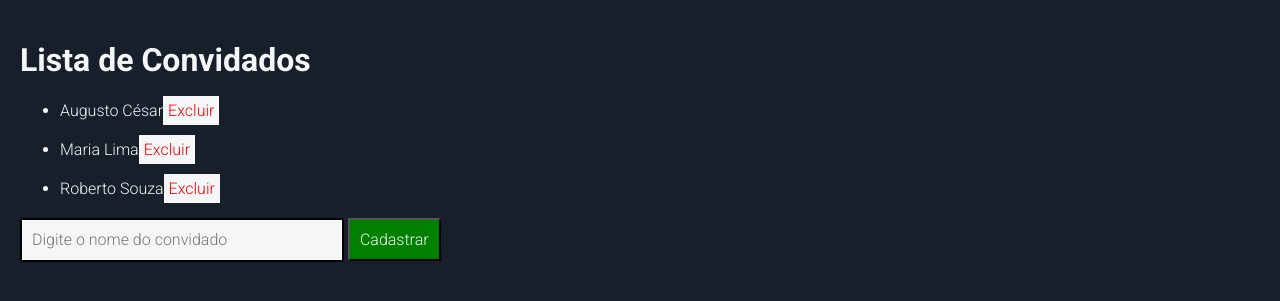
Repository: andrevff/lista-de-convidados
Page: index.html
These files come from the project's save history. The page is drawn as it stood at one moment and after the next save; the edit follows.
The browser window is 1280 px wide. The pictures show the whole page.

Above is the page before, as saved 2022-11-29 18:45:08.

After the next save:
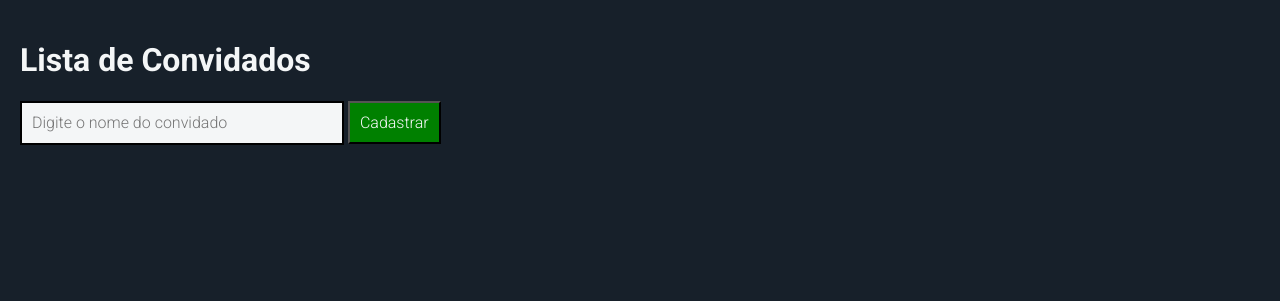
Console error: ReferenceError: setAttribute is not defined
Saved 33 s later.
--- a/assets/js/scripts.js
+++ b/assets/js/scripts.js
@@ -14,7 +14,7 @@
         var elementoNome = document.createTextNode(convidado.nome)
 
         var elementoExcluir = document.createElement("a")
-       // elementoExcluir = setAttribute("href", "#")
+        elementoExcluir = setAttribute("href", "#")
         var elementoExcluirTexto = document.createTextNode("Excluir")
 
         elementoExcluir.appendChild(elementoExcluirTexto)

After the save that followed:
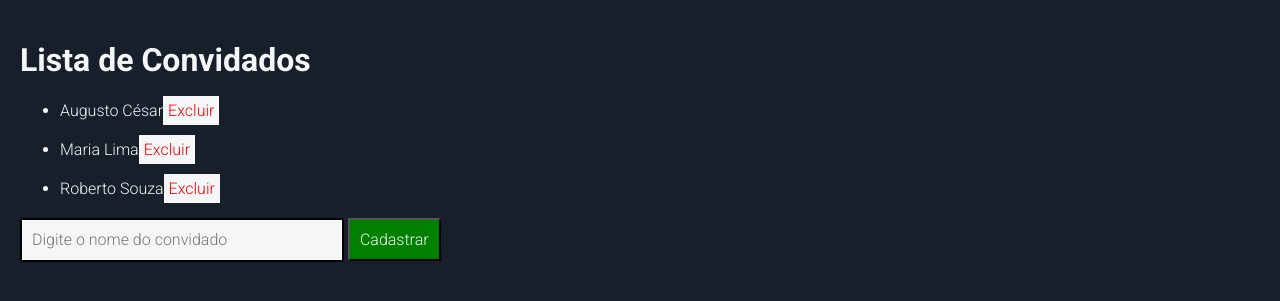
The error is gone.
Saved 17 s later.
--- a/assets/js/scripts.js
+++ b/assets/js/scripts.js
@@ -14,7 +14,7 @@
         var elementoNome = document.createTextNode(convidado.nome)
 
         var elementoExcluir = document.createElement("a")
-        elementoExcluir = setAttribute("href", "#")
+        elementoExcluir.setAttribute("href", "#")
         var elementoExcluirTexto = document.createTextNode("Excluir")
 
         elementoExcluir.appendChild(elementoExcluirTexto)
